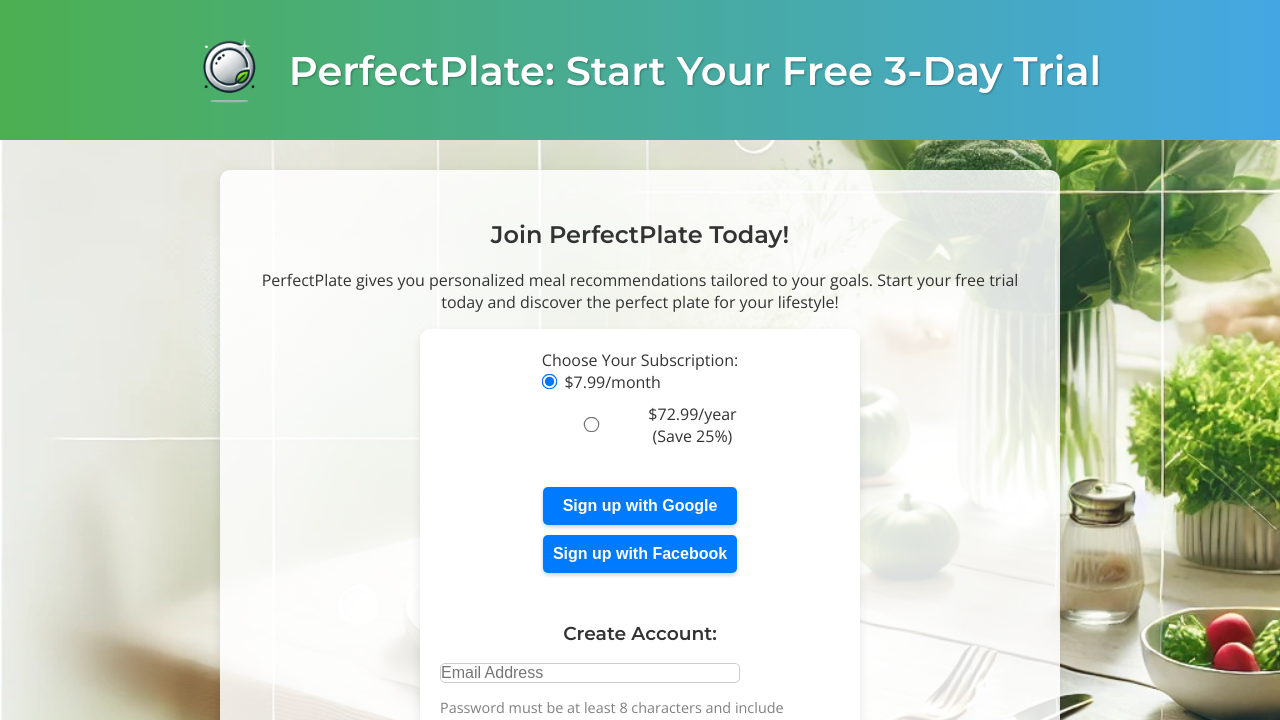
Repository: nikwhite1169/perfectplate
Page: signup.html
These files come from the project's save history. The page is drawn as it stood at one moment and after the next save; the edit follows.
The browser window is 1280 px wide. The pictures show the whole page.
An inner scrolling area shows only its first screen.

Above is the page before, as saved 2025-01-13 15:34:56.
Console error: TypeError: Cannot read properties of null (reading 'addEventListener')

After the next save:
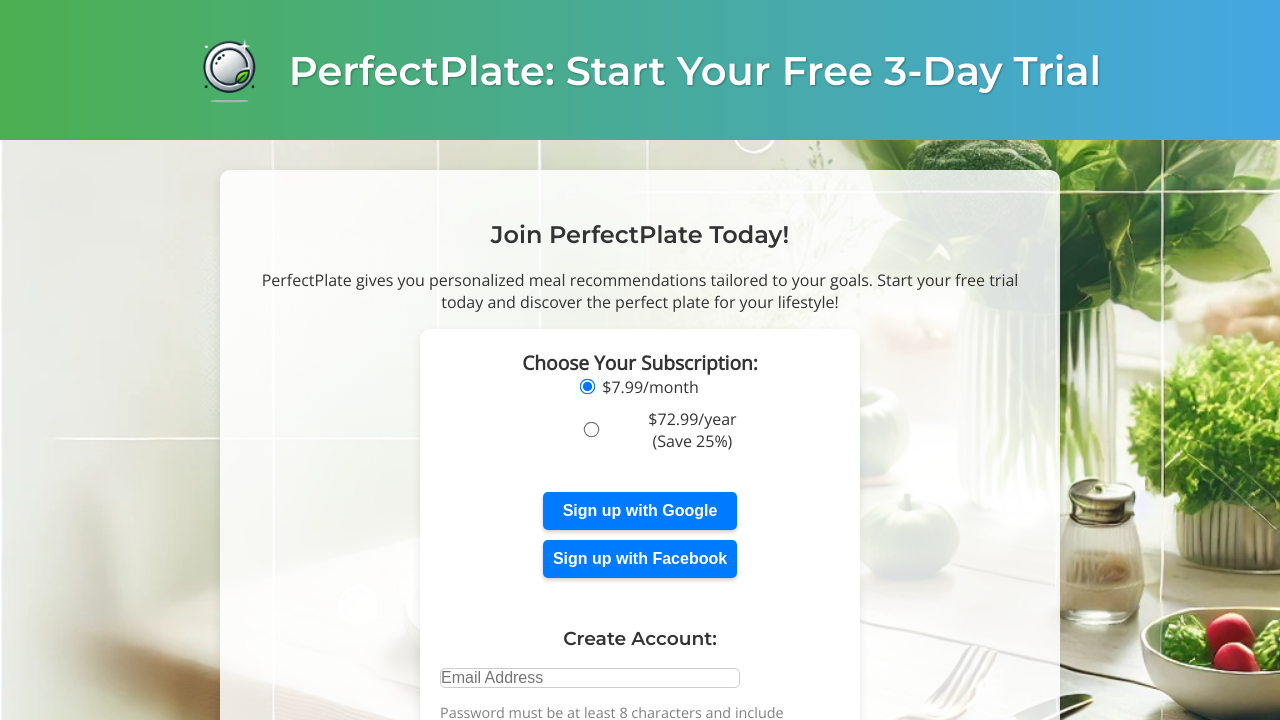
Saved 32 s later.
--- a/styles.css
+++ b/styles.css
@@ -700,3 +700,30 @@
 .toggle-password:hover {
   color: #007BFF; /* Change color on hover */
 }
+
+.subscription-header {
+    font-size: 1.2em; /* Larger font size for better readability */
+    font-weight: bold; /* Make it stand out */
+    color: #333; /* Darker text for better visibility */
+    text-align: center;
+    margin-bottom: 15px;
+}
+
+#subscription-options {
+    display: flex;
+    flex-direction: column;
+    align-items: center; /* Center-align the block */
+    gap: 10px; /* Space between the options */
+}
+
+.radio-label {
+    display: flex;
+    align-items: center;
+    font-size: 1em;
+    font-weight: normal;
+}
+
+.radio-label input[type="radio"] {
+    margin-right: 8px; /* Space between radio button and text */
+    transform: scale(1.3); /* Slightly enlarge the radio buttons */
+}
